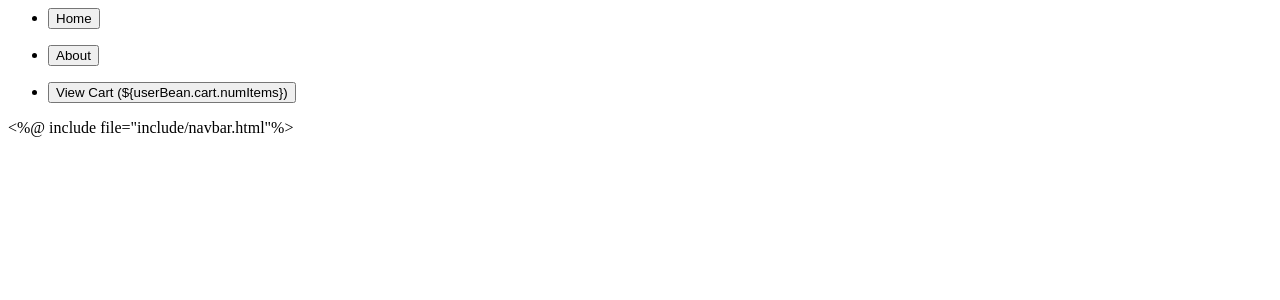
Repository: iancwwong/DigitalBibliographicalLibrary
Page: DigitalBibliographicLibrary/WebContent/include/navbar.html
The author's editor kept a copy of each file at every save. The page is drawn from the files as they stood at one save, then again after the next save.
The browser window is 1280 px wide. The pictures show the whole page.

Above is the page before, as saved 2016-08-28 02:16:56.

### DigitalBibliographicLibrary/WebContent/include/navbar.html
<!--  This file contains the information of the navigation bar -->
<!-- Navbar content -->
<div class="navbar-wrapper">

    <nav class="navbar navbar-inverse navbar-static-top">
      <div class="container">
        <div id="navbar" class="navbar-collapse collapse">
          <ul class="nav navbar-nav">
            <li class="active">
				<form action='control' method='POST'>
					<input type='hidden' name="action" value="viewIndexPage"/>
					<button type="submit" class="btn btn-link">
						Home
					</button>
				</form>
            </li>
            <li>
				<form action='control' method='POST'>
					<input type='hidden' name="action" value="viewAboutPage"/>
					<button type="submit" class="btn btn-link">
						About
					</button>
				</form>
            </li>
          </ul>
          <ul class="nav navbar-nav navbar-right">
          	<li>
				<form action='control' method='POST'>
					<input type='hidden' name="action" value="viewCartPage"/>
					<button type="submit" class="btn btn-link">
						<span class="glyphicon glyphicon-shopping-cart"></span>
						View Cart (${userBean.cart.numItems})
					</button>
				</form>
          	</li>
          </ul>

          <!-- Search bar -->
          <link rel="import" href="include/searchbar.html">
          <%@ include file="include/navbar.html"%>

        </div>
      </div>
    </nav>

</div>

After the next save:
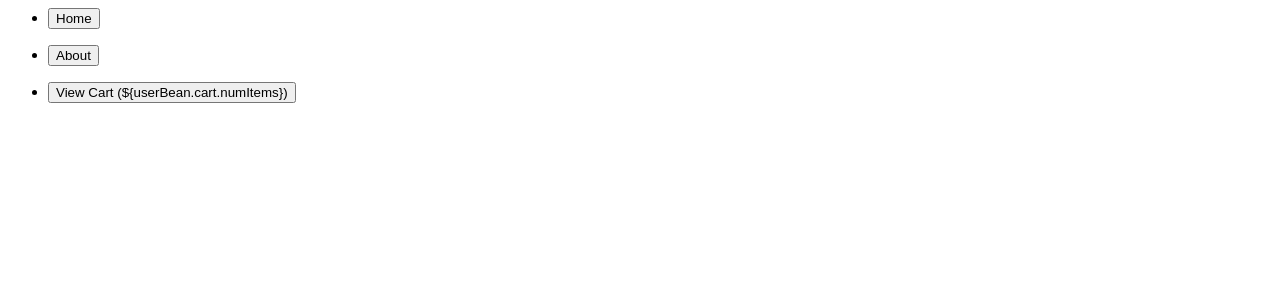
Saved 6 s later.
--- a/DigitalBibliographicLibrary/WebContent/include/navbar.html
+++ b/DigitalBibliographicLibrary/WebContent/include/navbar.html
@@ -37,7 +37,6 @@
 
           <!-- Search bar -->
           <link rel="import" href="include/searchbar.html">
-          <%@ include file="include/navbar.html"%>
 
         </div>
       </div>
